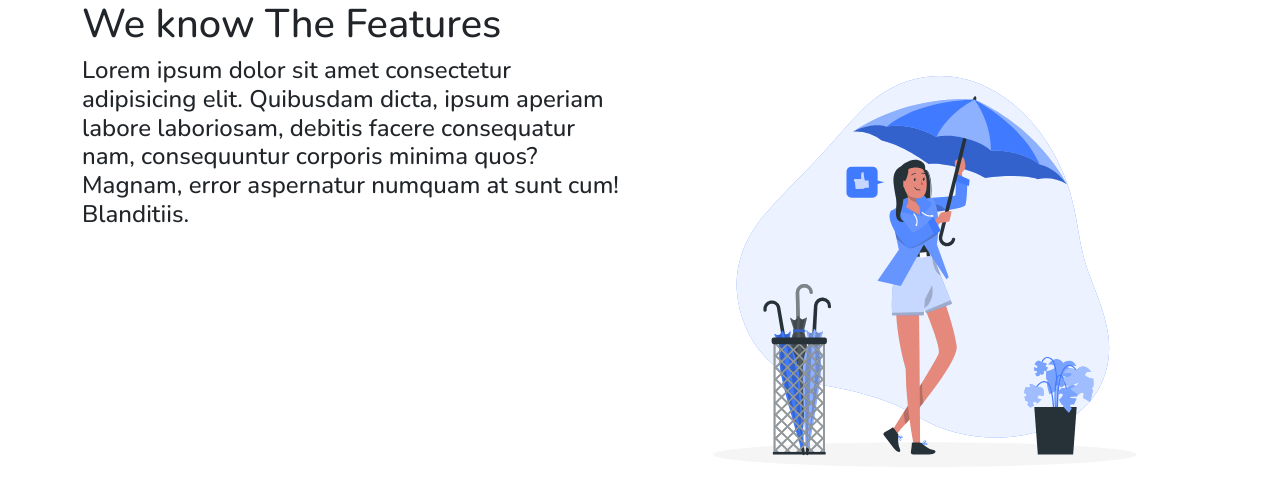
Repository: youssef168/Weather-App
Page: index.htm
The author's editor kept a copy of each file at every save. The page is drawn from the files as they stood at one save, then again after the next save.
The browser window is 1280 px wide. The pictures show the whole page.

Above is the page before, as saved 2021-12-28 18:22:04.

### index.htm
<!DOCTYPE html>
<html lang="en">
<head>
    <meta charset="UTF-8">
    <meta http-equiv="X-UA-Compatible" content="IE=edge">
    <meta name="viewport" content="width=device-width, initial-scale=1.0">
    <link href="https://cdn.jsdelivr.net/npm/bootstrap@5.1.3/dist/css/bootstrap.min.css" rel="stylesheet" integrity="sha384-1BmE4kWBq78iYhFldvKuhfTAU6auU8tT94WrHftjDbrCEXSU1oBoqyl2QvZ6jIW3" crossorigin="anonymous">
    <link rel="preconnect" href="https://fonts.googleapis.com">
    <link rel="preconnect" href="https://fonts.gstatic.com" crossorigin>
    <link href="https://fonts.googleapis.com/css2?family=Nunito:ital,wght@0,300;0,500;0,600;0,700;0,900;1,200;1,300;1,400;1,500;1,700&family=Work+Sans:ital,wght@1,400;1,600&display=swap" rel="stylesheet">
    <link rel="stylesheet" href="./style.css">
    <title>Document</title>
</head>
<body>
    <div class="container">
        <div class='row'>
            <div class="col-lg-6">
               <h1> We know The Features </h1>
               <h4>Lorem ipsum dolor sit amet consectetur adipisicing elit. Quibusdam dicta, ipsum aperiam labore laboriosam, debitis facere consequatur nam, consequuntur corporis minima quos? Magnam, error aspernatur numquam at sunt cum! Blanditiis.</h4>
            </div>
            <div class='col-lg-6'>
                <img src="./Umbrella-rafiki.svg" alt="">
            </div>
        </div>
    </div>

    <script src="./script.js"></script>
    <script src="https://cdn.jsdelivr.net/npm/bootstrap@5.1.3/dist/js/bootstrap.bundle.min.js" integrity="sha384-ka7Sk0Gln4gmtz2MlQnikT1wXgYsOg+OMhuP+IlRH9sENBO0LRn5q+8nbTov4+1p" crossorigin="anonymous"></script>
</body>
</html>

### style.css
/* Start Global Rules */
body {
    font-family: 'Nunito', sans-serif;

}

.super {
    margin-top: 100px;
}
/* end Global Rules */

Loaded but not shown: script.js (no copy from this time; the picture is the same without it)

After the next save:
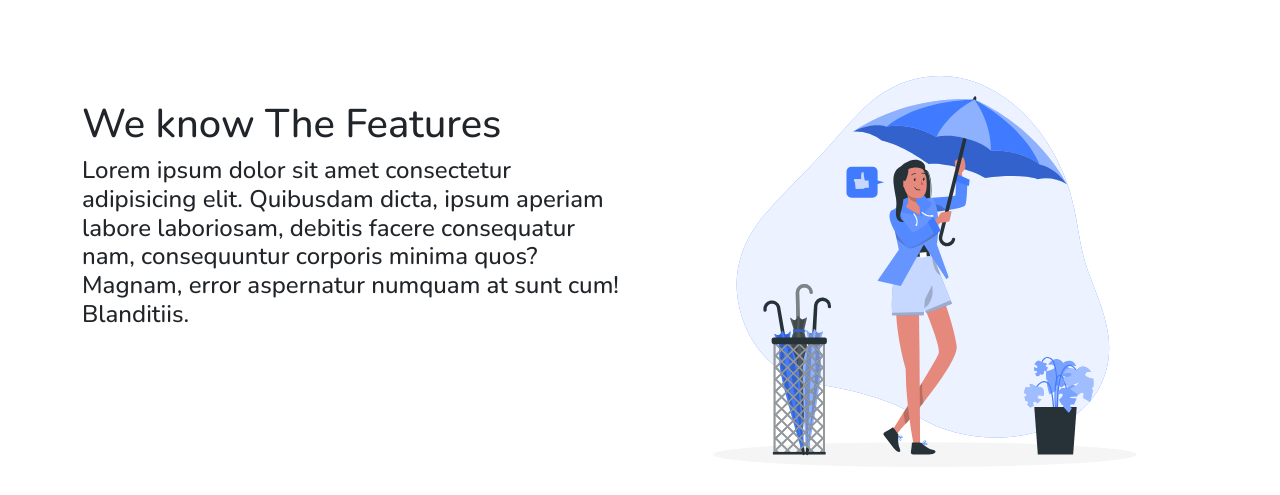
Saved 6 s later.
--- a/index.htm
+++ b/index.htm
@@ -14,7 +14,7 @@
 <body>
     <div class="container">
         <div class='row'>
-            <div class="col-lg-6">
+            <div class="col-lg-6 super">
                <h1> We know The Features </h1>
                <h4>Lorem ipsum dolor sit amet consectetur adipisicing elit. Quibusdam dicta, ipsum aperiam labore laboriosam, debitis facere consequatur nam, consequuntur corporis minima quos? Magnam, error aspernatur numquam at sunt cum! Blanditiis.</h4>
             </div>
